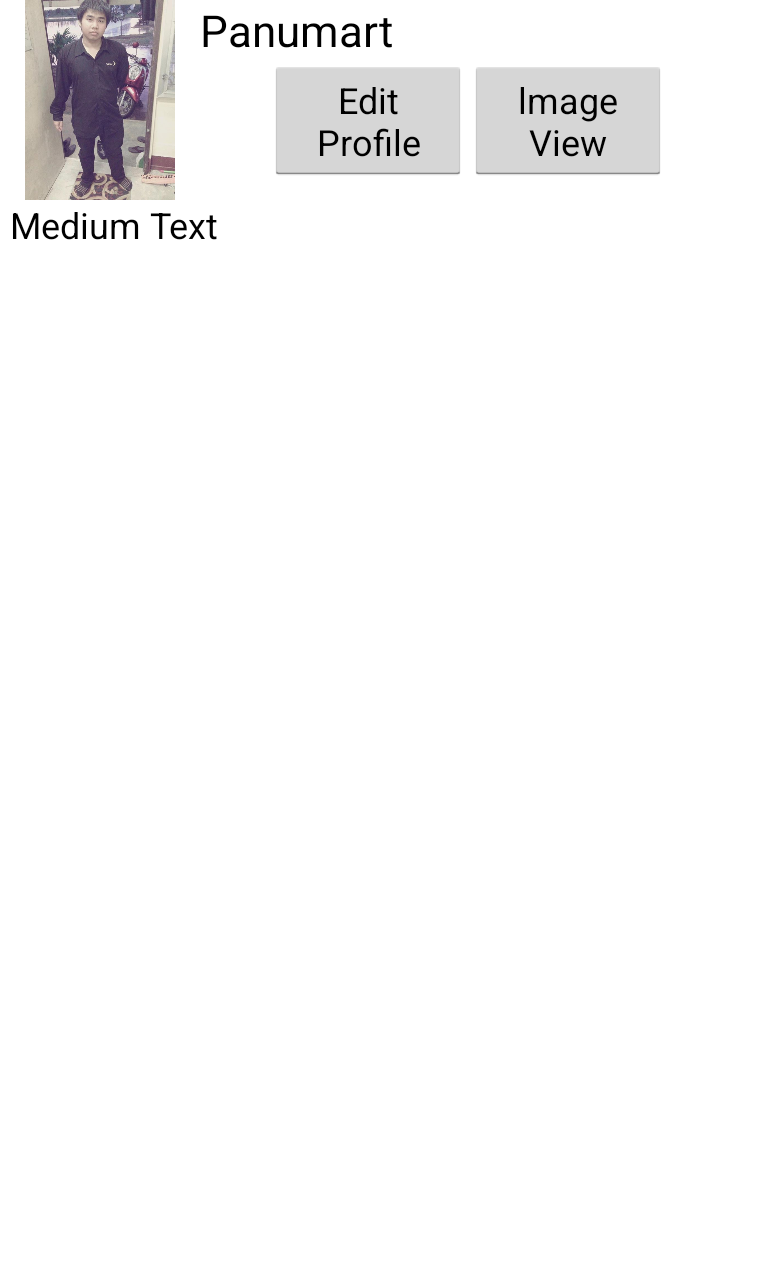
Repository: PanumartThamkawin/Resuma_55410657
Layout: Panu657/res/layout/activity_main.xml
An editor plug-in stored every save of this project. The layout is shown before and after the next save, followed by the edit.
It is drawn on a 768 x 1280 px phone screen (xhdpi) without system bars, with theme AppTheme; the app's code is not run.

Above is the layout before, as saved 2014-09-01 05:51:43.

### Panu657/res/layout/activity_main.xml
<RelativeLayout xmlns:android="http://schemas.android.com/apk/res/android"
    xmlns:tools="http://schemas.android.com/tools"
    android:layout_width="match_parent"
    android:layout_height="match_parent"
    android:layout_marginLeft="5dp"
    tools:context="${relativePackage}.${activityClass}" >

    <LinearLayout
        android:id="@+id/linearLayout1"
        android:layout_width="100dp"
        android:layout_height="100dp" >

        <ImageView
            android:id="@+id/imageView1"
            android:layout_width="wrap_content"
            android:layout_height="wrap_content"
            android:src="@drawable/jame" />
    </LinearLayout>

    <TextView
        android:id="@+id/textView1"
        android:layout_width="wrap_content"
        android:layout_height="wrap_content"
        android:layout_alignParentTop="true"
        android:layout_toRightOf="@+id/linearLayout1"
        android:text="Panumart "
        android:textAppearance="?android:attr/textAppearanceLarge" />

    <LinearLayout
        android:layout_width="wrap_content"
        android:layout_height="wrap_content"
        android:layout_alignParentRight="true"
        android:layout_below="@id/textView1"
        android:layout_marginRight="50dp" >

        <Button
            android:id="@+id/button1"
            android:layout_width="100dp"
            android:layout_height="wrap_content"
            android:text="Edit Profile" />

        <Button
            android:id="@+id/button2"
            android:layout_width="100dp"
            android:layout_height="wrap_content"
            android:text="lmage View" />

    </LinearLayout>

    <LinearLayout
        android:layout_width="match_parent"
        android:layout_height="wrap_content"
        android:layout_below="@id/linearLayout1" >

        <TextView
            android:id="@+id/textView2"
            android:layout_width="wrap_content"
            android:layout_height="wrap_content"
            android:layout_marginLeft="5dp"
            android:text="Medium Text"
            android:textAppearance="?android:attr/textAppearanceMedium" />

    </LinearLayout>

</RelativeLayout>

Loaded but not shown: Panu657/res/values/styles.xml (common file); Panu657/res/values-v11/styles.xml (common file); Panu657/res/values-v14/styles.xml (common file)

After the next save:
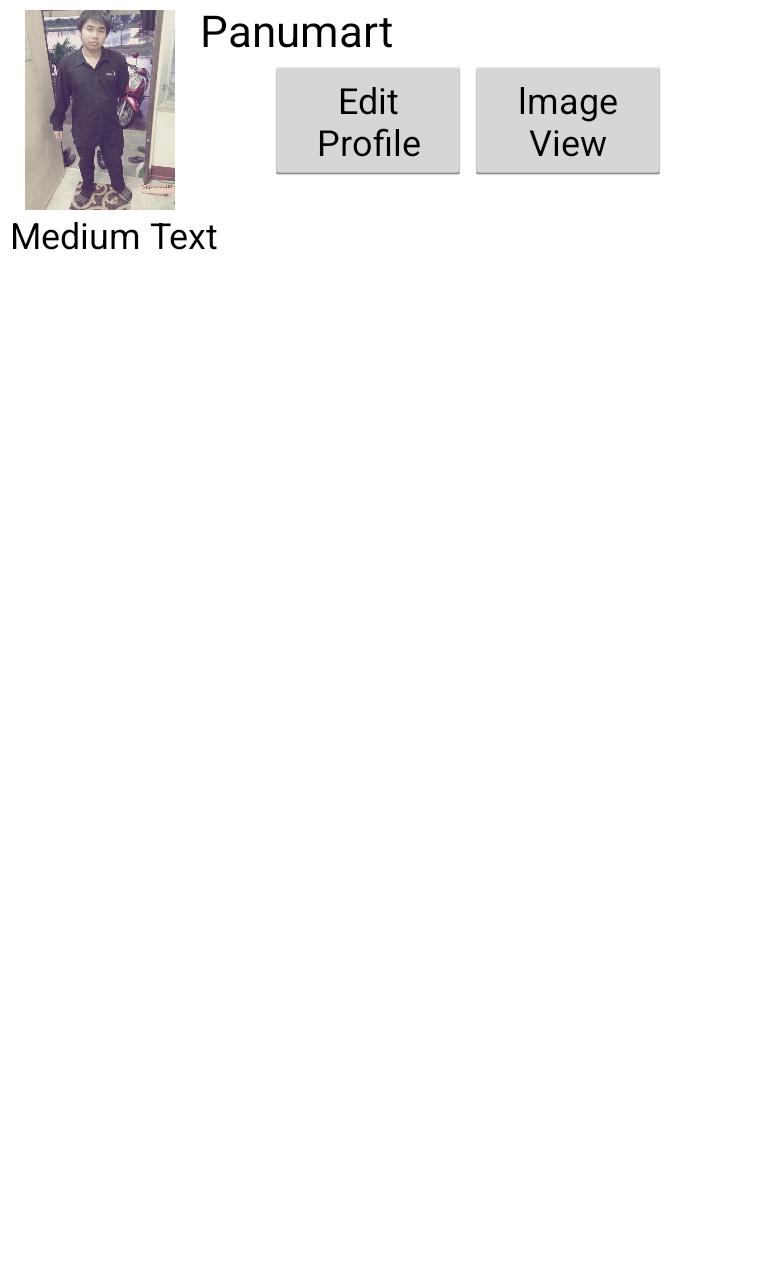
Saved 2 min 6 s later.
--- a/Panu657/res/layout/activity_main.xml
+++ b/Panu657/res/layout/activity_main.xml
@@ -8,7 +8,8 @@
     <LinearLayout
         android:id="@+id/linearLayout1"
         android:layout_width="100dp"
-        android:layout_height="100dp" >
+        android:layout_height="100dp"
+        android:layout_marginTop="5dp" >
 
         <ImageView
             android:id="@+id/imageView1"
